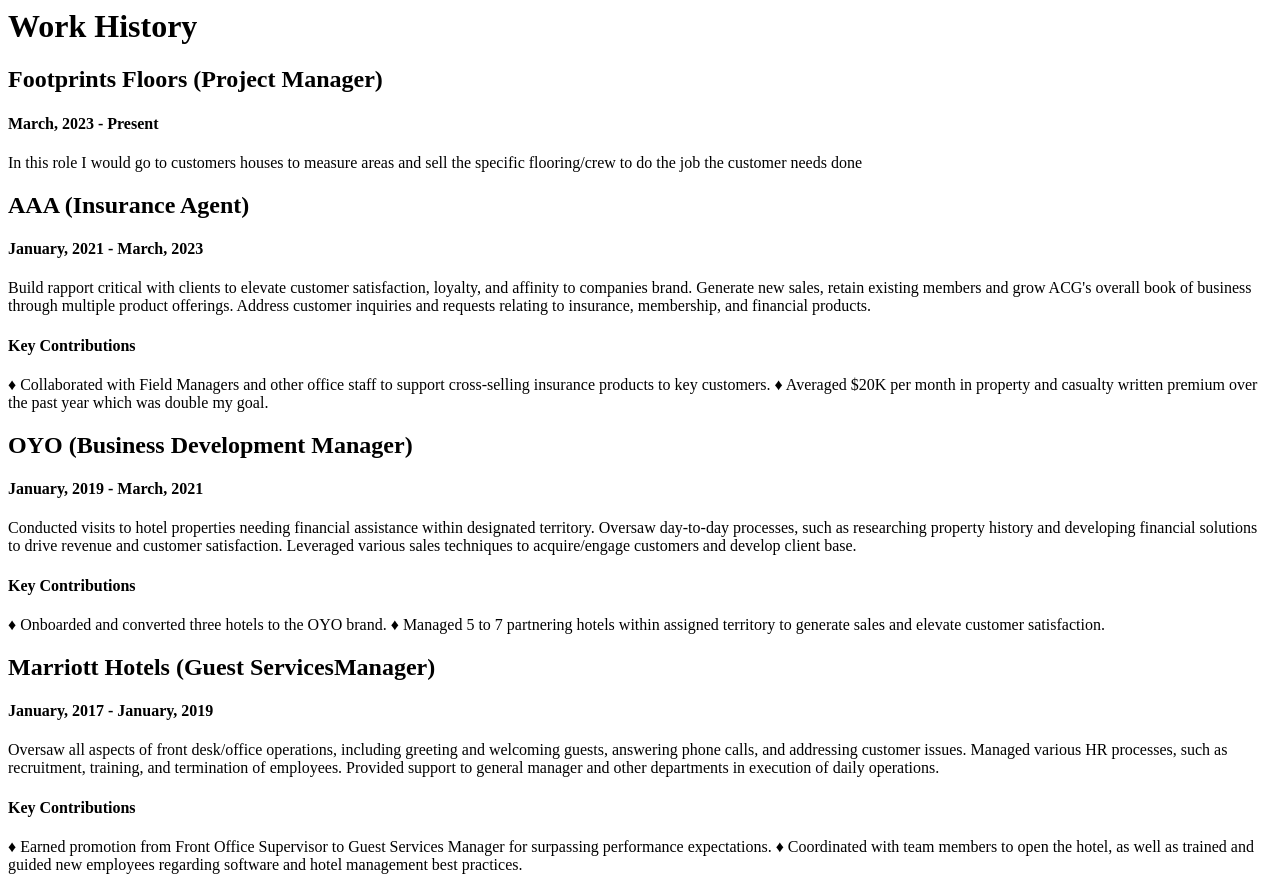
Repository: TEazy2433/LAB-HTML-Resume
Page: index.html
These files come from the project's save history. The page is drawn as it stood at one moment and after the next save; the edit follows.
The browser window is 1280 px wide. The pictures show the whole page.

Above is the page before, as saved 2023-10-11 20:05:18.

### index.html
<html></html>
    </head>
      <title>Work History</title>
    </head>
    <body>
      <h1>Work History</h1>
      <article id="articleOne">
        <h2>Footprints Floors (Project Manager)</h2>
        <h4>March, 2023 - Present</h4>
        <section>
          <p>In this role I would go to customers houses to measure areas and sell the specific flooring/crew to do the job the customer needs done</p>
        </section>
      </article>

      <article id="articleTwo">
        <h2>AAA (Insurance Agent)</h2>
        <h4>January, 2021 - March, 2023</h4>
        <section>
          <p>Build rapport critical with clients to elevate customer satisfaction, loyalty, and affinity to companies brand. Generate new sales, retain existing members and grow ACG's overall book of business through multiple product offerings. Address customer inquiries and requests relating to insurance, membership, and financial products.</p>

          <h4>Key Contributions</h4>
          <P>♦ Collaborated with Field Managers and other office staff to support cross-selling insurance products to key customers.

            ♦ Averaged $20K per month in property and casualty written premium over the past year which was double my goal.</P>
        </section>
      </article>

      <article id="articleThree">
        <h2>OYO (Business Development Manager)</h2>
        <h4>January, 2019 - March, 2021</h4>
        <section>
          <p>Conducted visits to hotel properties needing financial assistance within designated territory. Oversaw day-to-day processes, such as researching property history and developing financial solutions to drive revenue and customer satisfaction. Leveraged various sales techniques to acquire/engage customers and develop client base.</p>

          <h4>Key Contributions</h4>
          <P>♦ Onboarded and converted three hotels to the OYO brand.
            ♦ Managed 5 to 7 partnering hotels within assigned territory to generate sales and elevate customer satisfaction.</P>
        </section>
      </article>

      <article id="articleThree">
        <h2>Marriott Hotels (Guest ServicesManager)</h2>
        <h4>January, 2017 - January, 2019</h4>
        <section>
          <p>Oversaw all aspects of front desk/office operations, including greeting and welcoming guests, answering phone calls, and addressing customer issues. Managed various HR processes, such as recruitment, training, and termination of employees. Provided support to general manager and other departments in execution of daily operations.</p>

          <h4>Key Contributions</h4>
          <P>♦ Earned promotion from Front Office Supervisor to Guest Services Manager for surpassing performance expectations.
            ♦ Coordinated with team members to open the hotel, as well as trained and guided new employees regarding software
            and hotel management best practices.</P>
        </section>
      </article>


    </body>

### main.css
#articleTwo{
  font-family: cursive;
}

### main.js
console.log("Resume");

After the next save:
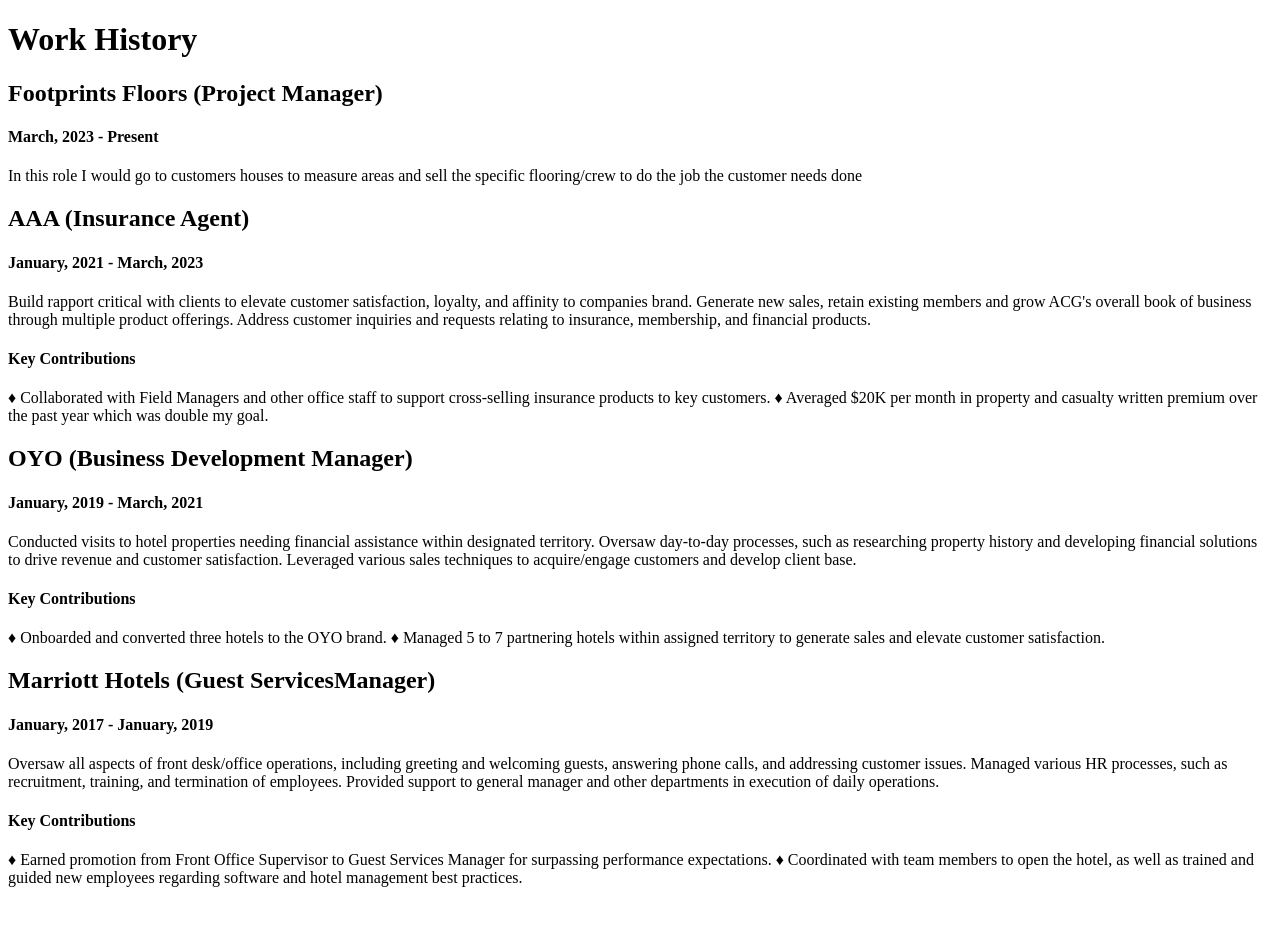
Saved 110 s later.
--- a/index.html
+++ b/index.html
@@ -1,4 +1,16 @@
-<html></html>
+<!DOCTYPE html>
+<html lang="en">
+<head>
+  <meta charset="UTF-8">
+  <meta name="viewport" content="width=device-width, initial-scale=1.0">
+  <title>Resume</title>
+  <link rel="stylesheet" href="main.css">
+  </head>
+  <body>
+
+  <script src="main.js"></script>
+  </body>
+  </html><html></html>
     </head>
       <title>Work History</title>
     </head>
@@ -20,7 +32,6 @@
 
           <h4>Key Contributions</h4>
           <P>♦ Collaborated with Field Managers and other office staff to support cross-selling insurance products to key customers.
-
             ♦ Averaged $20K per month in property and casualty written premium over the past year which was double my goal.</P>
         </section>
       </article>
